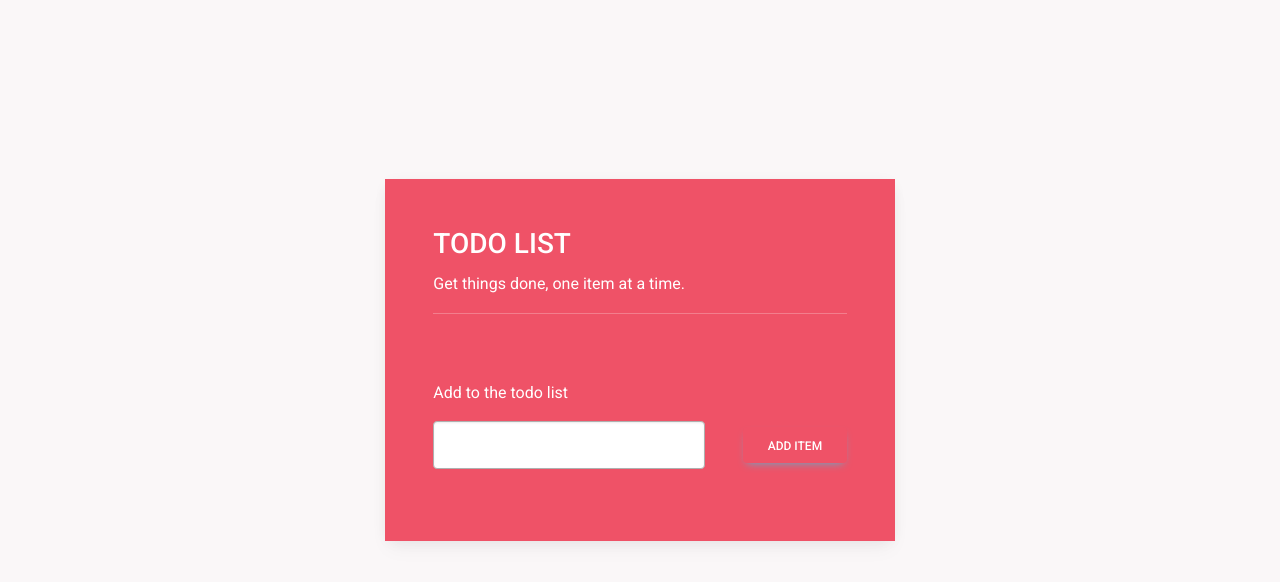
Repository: TinhTT336/MD02_HACKATHON01_HN_JV230620_BS_TranThiTinh_Basic
Page: /
An editor plug-in stored every save of this project. The page is shown before and after the next save, followed by the edit.
The browser window is 1280 px wide. The pictures show the whole page.
Some web libraries are served in a nearby version. The project was rebuilt for these pictures with package versions that can differ from the ones it lists, and the page was loaded fresh each time. Also part of the build but not shown: vite.config.js, src/App.css.

Above is the page before, as saved 2023-09-05 11:39:11.

After the next save:
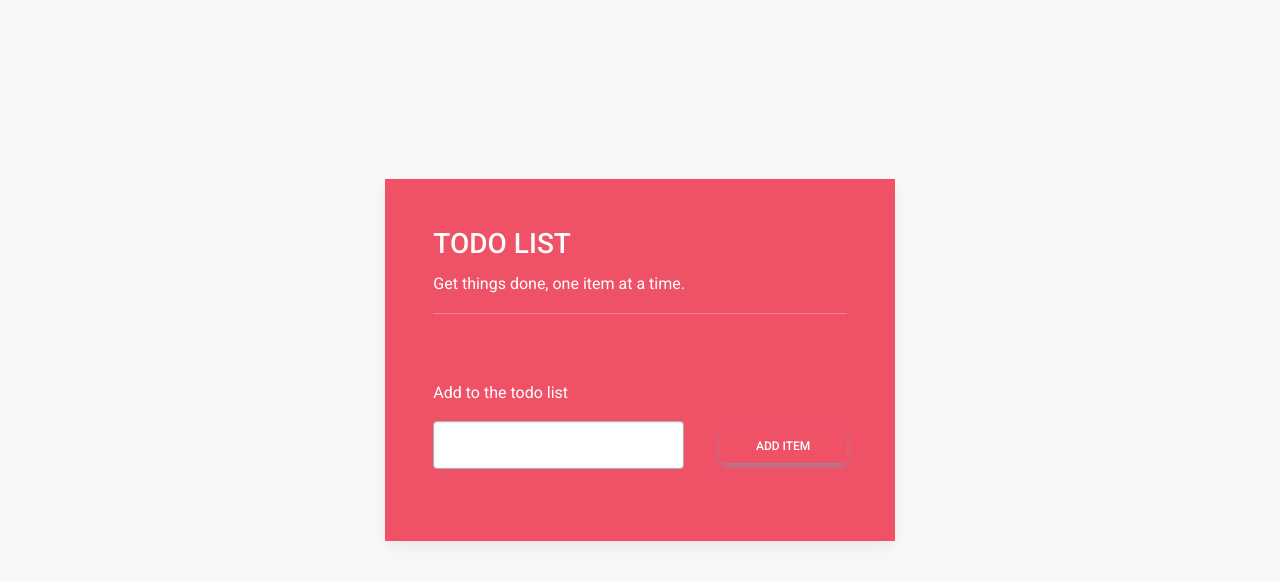
Saved 6 s later.
--- a/src/index.css
+++ b/src/index.css
@@ -94,5 +94,5 @@ body {
 .btn-info {
   background-color: #ef5267 !important;
   border-color: #fff !important;
-  width: 30% !important;
+  width: 40% !important;
 }
